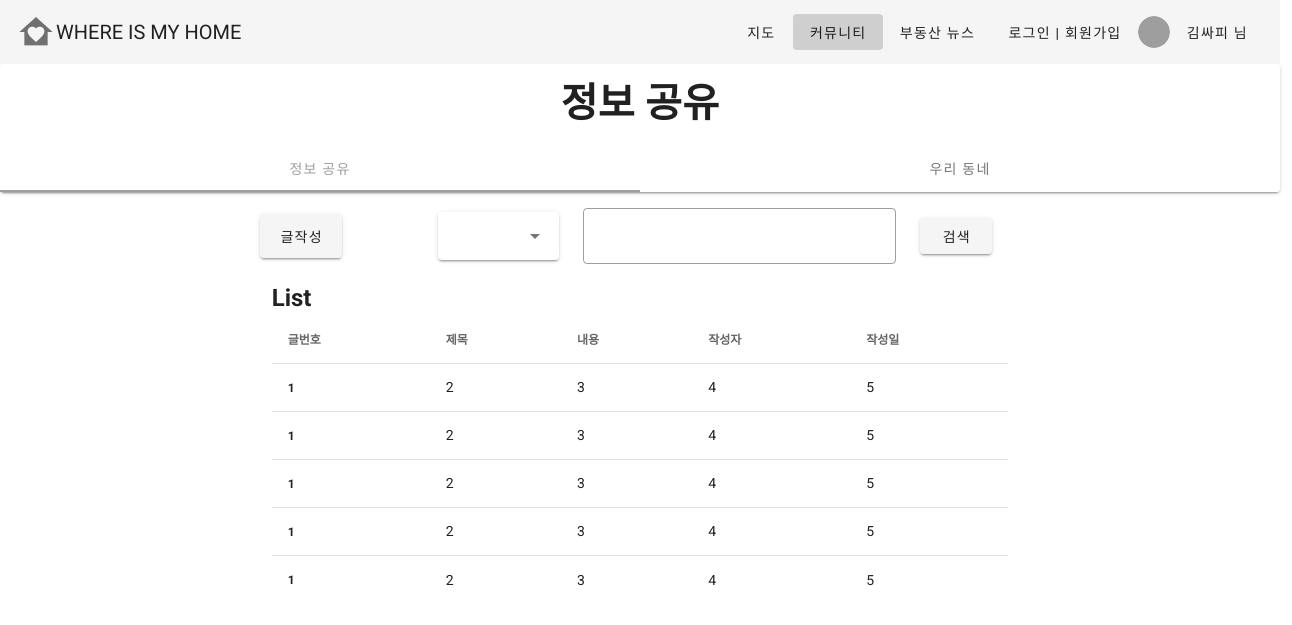
Repository: misso88/vue-whereIsMyHome
Page: /community/list
These files come from the project's save history. The page is drawn as it stood at one moment and after the next save; the edit follows.
The browser window is 1280 px wide. The page is 1292 px wide, so the pictures cover 1292 px, including what lies to the right of the window. The pictures show the whole page.
Pictures or frames that could not be fetched are drawn as grey boxes. The project was rebuilt for these pictures with package versions that can differ from the ones it lists, and the page was loaded fresh each time. Also part of the build but not shown: vue.config.js, src/components/house/map/filter/LocationSelect.vue, src/components/house/HouseSearch.vue, src/views/AppMain.vue, src/components/house/sidebar/HouseListItem.vue, src/components/house/sidebar/HouseList.vue, src/components/house/sidebar/HouseListFilter.vue, src/components/house/sidebar/HouseSidebar.vue and 3 more. Imported but missing from the stored project, and not drawn on this page: src/assets/main.mp4.

Above is the page before, as saved 2022-11-17 17:31:19.

After the next save:
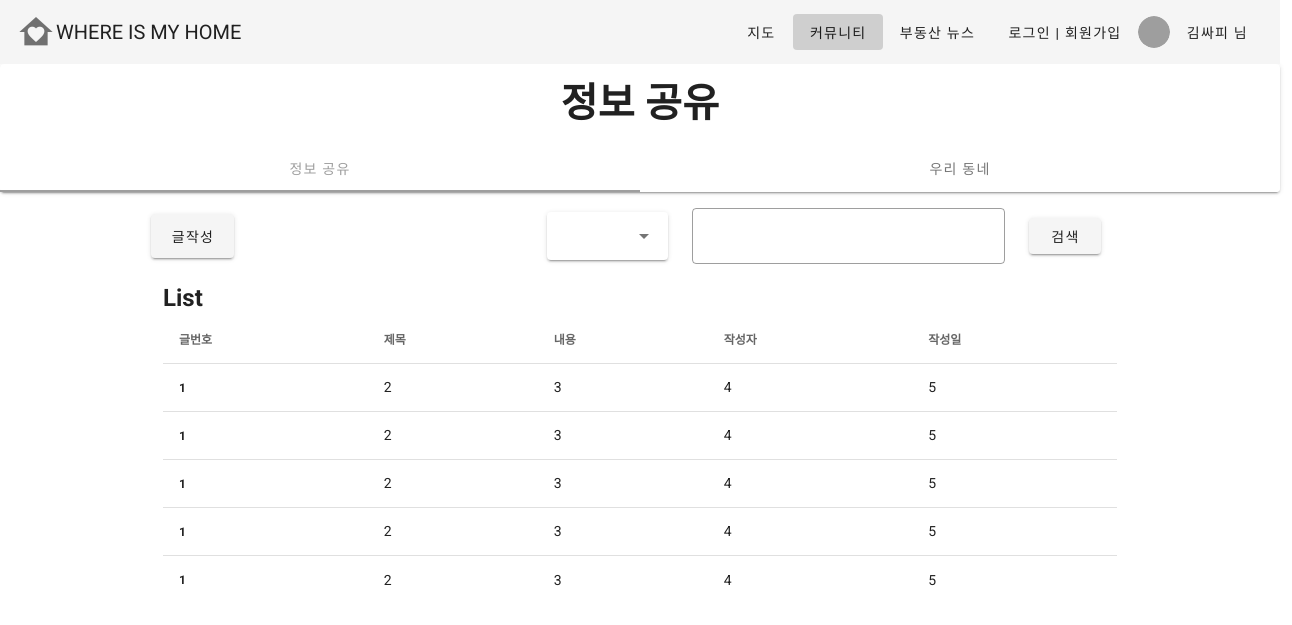
Saved 112 s later.
--- a/src/store/index.js
+++ b/src/store/index.js
@@ -6,7 +6,7 @@
 
 export default new Vuex.Store({
   state: {
-    mainWidth: 7,
+    mainWidth: 9,
     communityTab: null,
     options: []
   },

After the save that followed:
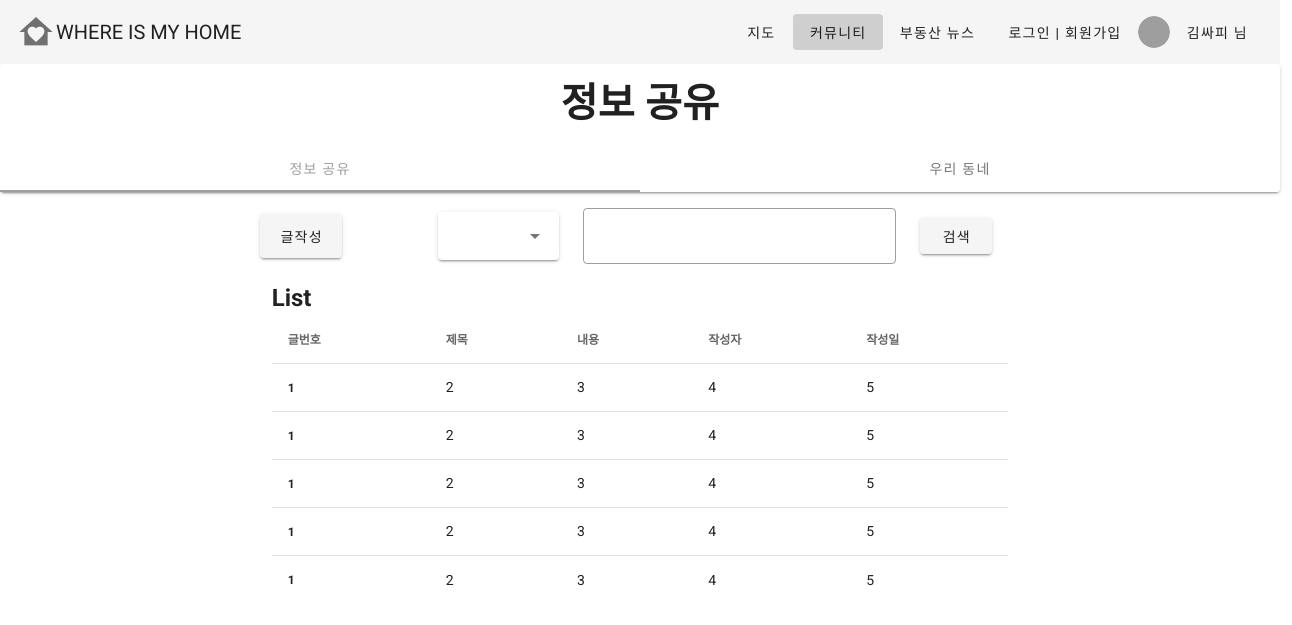
Saved 9 s later.
--- a/src/store/index.js
+++ b/src/store/index.js
@@ -6,7 +6,7 @@
 
 export default new Vuex.Store({
   state: {
-    mainWidth: 9,
+    mainWidth: 7,
     communityTab: null,
     options: []
   },
